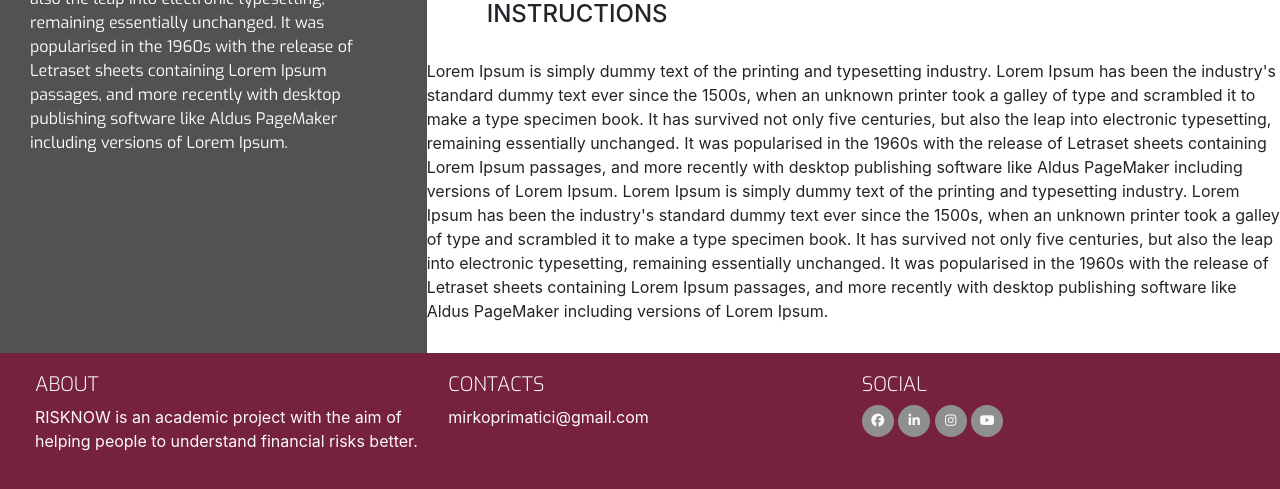
Repository: mirkoprimaticix/risknow.net
Page: eventrisk.html
The author's editor kept a record of every edit. The page is drawn from the files as they stood at one moment, then again after the next edit.
The browser window is 1280 px wide. The pictures show the part of the page from y = 723 to 1277 px (the page is 1212 px tall before and 1277 px after).
Some web libraries are served in a nearby version.

Above is the page before.
Console error: TypeError: Cannot read properties of undefined (reading 'fn')

### eventrisk.html
<!DOCTYPE html>
<html lang="en">
<head>
    <meta charset="UTF-8">
    <meta name="viewport" content="width=device-width, initial-scale=1.0">
    <meta http-equiv="X-UA-Compatible" content="ie=edge">
    <link rel="stylesheet" href="https://stackpath.bootstrapcdn.com/bootstrap/4.3.1/css/bootstrap.min.css" integrity="sha384-ggOyR0iXCbMQv3Xipma34MD+dH/1fQ784/j6cY/iJTQUOhcWr7x9JvoRxT2MZw1T" crossorigin="anonymous">
    <script src="https://stackpath.bootstrapcdn.com/bootstrap/4.3.1/js/bootstrap.min.js" integrity="sha384-JjSmVgyd0p3pXB1rRibZUAYoIIy6OrQ6VrjIEaFf/nJGzIxFDsf4x0xIM+B07jRM" crossorigin="anonymous"></script>
    <link rel="stylesheet" href="https://cdnjs.cloudflare.com/ajax/libs/hover.css/2.1.1/css/hover-min.css" type="text/css" />
    <link rel="stylesheet" href="assets/css/style.css" type="text/css" />
    <script src="https://kit.fontawesome.com/079103ba7f.js"></script>
    <link rel="stylesheet" href="https://stackpath.bootstrapcdn.com/font-awesome/4.7.0/css/font-awesome.min.css" type="text/css" />

    <title>Event Risk</title>
</head>
<body>
    <header>
        <div class = "row no-gutters">
            <a href="index.html" class = "col-md-4 logo">

            </a>
            <div class="col-md-8">
                <div class="row no-gutters">
                    <div class="col">
                        <ul id="nav" class="list-inline menucontainer">
                            <li class="col-6 col-sm-2 list-inline-item ui-menu-color-home menuitem">
                                <a href="index.html" class="hvr-sweep-to-bottom"><i class="fa fa-home" aria-hidden="true"></i><span>Home</span></a>
                            </li>
                            <li class="col-6 col-sm-2 list-inline-item ui-menu-color-fr menuitem">
                                <a href="financialrisk.html" class="hvr-sweep-to-bottom"><i class="fas fa-chart-area" aria-hidden="true"></i><span>Financial Risks</span></a>
                            </li>
                            <li class="col-6 col-sm-2 list-inline-item ui-menu-color-or menuitem">
                                <a href="operationalrisk.html" class="hvr-sweep-to-bottom"><i class="fas fa-cogs" aria-hidden="true"></i><span>Operational Risks</span></a>
                            </li>
                            <li class="col-6 col-sm-2 list-inline-item ui-menu-color-er menuitem">
                                <a href="eventrisk.html" class="hvr-sweep-to-bottom"><i class="far fa-calendar-alt" aria-hidden="true"></i><span>Event Risks</span></a>
                            </li>
                            <li class="col-6 col-sm-2 list-inline-item ui-menu-color-mr menuitem">
                                <a href="marketrisk.html" class="hvr-sweep-to-bottom"><i class="fas fa-signal" aria-hidden="true"></i><span>Market Risks</span></a>
                            </li>
                            <li class="col-6 col-sm-2 list-inline-item ui-menu-color-rt menuitem">
                                <a href="risktolerance.html" class="hvr-sweep-to-bottom"><i class="fas fa-chart-pie" aria-hidden="true"></i><span>Risk Tolerance</span></a>
                            </li>
                        </ul>
                    </div>
                </div>
            </div>
        </div>
    </header>

    <section class="container-fluid">
        <div class="row">
            <div class="col-md-4 bg-color-real-example section-column">
                <div class="row">
                    <div class="col-12">
                        <h3 class="history-heading uppercase">
                            REAL EXAMPLE
                        </h3>
                    </div>
                </div>
                <div class="history-items">
                <p class= "story-color">
                    Lorem Ipsum is simply dummy text of the printing and typesetting industry.
                    Lorem Ipsum has been the industry's standard dummy text ever since the 1500s, when an unknown
                    printer took a galley of type and scrambled it to make a type specimen book. It has survived not only five
                    centuries, but also the leap into electronic typesetting, remaining essentially unchanged. It was popularised in the
                    1960s with the release of Letraset sheets containing
                    Lorem Ipsum passages, and more recently with desktop publishing software like Aldus PageMaker including versions of Lorem Ipsum.
                    Lorem Ipsum is simply dummy text of the printing and typesetting industry.
                    Lorem Ipsum has been the industry's standard dummy text ever since the 1500s, when an unknown
                    printer took a galley of type and scrambled it to make a type specimen book. It has survived not only five
                    centuries, but also the leap into electronic typesetting, remaining essentially unchanged. It was popularised in the
                    1960s with the release of Letraset sheets containing
                    Lorem Ipsum passages, and more recently with desktop publishing software like Aldus PageMaker including versions of Lorem Ipsum.
                </p>
                </div>
            </div>
            <div class="col-md-8 bg-color-three-reasons section-column">
                <div class="row">
                    <div class="col">
                        <h3 class="section-heading uppercase">Watch the video below to know more about Event Risk</h3>
                    </div>
                </div>
                <div class="row">
                    <div class="col">
                        <div class="videoWrapper">
                            <iframe width="560" height="349" src="https://www.youtube.com/embed/ehS-k9Ng7Ww" frameborder="0" allowfullscreen></iframe>
                        </div>
                    </div>
                </div>
                <div class="row lecture-color-margin">
                    <div class="col">
                        <h4 class="section-column uppercase">Instructions</h3>
                    </div>

                    <div class="row">
                        Lorem Ipsum is simply dummy text of the printing and typesetting industry.
                        Lorem Ipsum has been the industry's standard dummy text ever since the 1500s, when an unknown
                        printer took a galley of type and scrambled it to make a type specimen book. It has survived not only five
                        centuries, but also the leap into electronic typesetting, remaining essentially unchanged. It was popularised in the
                        1960s with the release of Letraset sheets containing
                        Lorem Ipsum passages, and more recently with desktop publishing software like Aldus PageMaker including versions of Lorem Ipsum.
                        Lorem Ipsum is simply dummy text of the printing and typesetting industry.
                        Lorem Ipsum has been the industry's standard dummy text ever since the 1500s, when an unknown
                        printer took a galley of type and scrambled it to make a type specimen book. It has survived not only five
                        centuries, but also the leap into electronic typesetting, remaining essentially unchanged. It was popularised in the
                        1960s with the release of Letraset sheets containing
                        Lorem Ipsum passages, and more recently with desktop publishing software like Aldus PageMaker including versions of Lorem Ipsum.
                    </div>
                </div>
            </div>
        </div>

    </section>



    <footer class="container-fluid">
        <div id="footer-details" class="row">
            <div class="col-sm-4">
                <h5 class="uppercase general-sub">About</h5>
                <p class="inline-block">
                    RISKNOW is an academic project with the aim of helping people to understand financial risks better.
                </p>
            </div>
            <div class="col-sm-4">
                <h5 class="uppercase general-sub">Contacts</h5>
                <p class="inline-block">
                    mirkoprimatici@gmail.com
                </p>
            </div>
            <div class="col-sm-4">
                <h5 class="uppercase general-sub">Social</h5>
                <ul class="list-inline social-links">
                    <li class="list-inline-item">
                        <a target="_blank" href="https://www.facebook.com/mirkoprimaticiofficial/">
                            <i class="fab fa-facebook" aria-hidden="true"></i>
                            <span class="sr-only">Facebook</span>
                        </a>
                    </li>
                    <li class="list-inline-item">
                        <a target="_blank" href="https://www.linkedin.com/in/mirko-primatici-a9196514a">
                            <i class="fab fa-linkedin" aria-hidden="true"></i>
                            <span class="sr-only">LinkedIn</span>
                        </a>
                    </li>
                    <li class="list-inline-item">
                        <a target="_blank" href="https://www.instagram.com/mirko_rko">
                            <i class="fab fa-instagram" aria-hidden="true"></i>
                            <span class="sr-only">Instagram</span>
                        </a>
                    </li>
                    <li class="list-inline-item">
                        <a target="_blank" href="https://www.youtube.com/channel/UC_WM-2rRN2VFD-oBAOGrd_Q?view_as=subscriber">
                            <i class="fab fa-youtube" aria-hidden="true"></i>
                            <span class="sr-only">YouTube</span>
                        </a>
                    </li>
                </ul>
            </div>
        </div>
    </footer>
</body>
</html>

### assets/css/style.css
@import url('https://fonts.googleapis.com/css?family=Roboto:100,200,300,400,500,600,700|Exo:100,200,300,400,500,600,700');

/*--------------------------------------------Colors*/

.bg-color-name-title {
    background-color: #676767;
}

.bg-color-three-reasons {
    background-color: #fff;
}

.bg-color-personal-info {
    background-color: #f4f4f4;
}

.bg-color-real-example {
    background-color: #525252;
}

.bg-color-contact {
    background-color: #fff;
}

.ui-menu-color-home {
    background-color: #e67e22;
}

.ui-menu-color-fr {
    background-color: #9b59b6;
}

.ui-menu-color-or {
    background-color: #3498db;
}

.ui-menu-color-er {
    background-color: #56C780;
}

.ui-menu-color-mr {
    background-color: #EBE66B;
}

.ui-menu-color-rt {
    background-color: #525252;
}

.row-table {
    display: table;
}

.section-column {
    display: table-cell;
    padding: 0 30px 30px;
    float: none;
}

.section-heading {
    font-family: "Exo", sans-serif;
    font-weight: 300;
    margin-top: 25px;
    margin-bottom: 40px;

}

.story-color{
    font-family: "Exo";
    font-weight: 400;
    margin-top: 25px;
    margin-bottom: 40px;
    color: #fefefe;
}

.lecture-color{
    font-family: "Exo";
    font-weight: 400;
    margin-top: 25px;
    margin-bottom: 40px;
    color: black;
}

/* ----------------------------------------Special paddings/margins/text */

h1,
h2,
h3,
h4 {
    margin: 0;
}

.uppercase {
    text-transform: uppercase;
}

.general-sub {
    font-family: "Exo", sans-serif;
    font-weight: 300;
    color: #fafafa;
}

.inline-block {
    display: inline-block;
}

.row-table {
    display: table;
}

.section-column {
    display: table-cell;
    padding: 0 30px 30px;
    float: none;
}

.history-heading,
.section-heading {
    font-family: "Exo", sans-serif;
    font-weight: 300;
    margin-top: 25px;
    margin-bottom: 40px;
}

/*--------------------------------------------Heading*/

header {
    margin: 0;
}

.heading {
    margin-left: 50px;
}


.logo {
    background: url("../images/logo.png");
    background-position: center;
    background-repeat: no-repeat;
    background-size: cover;
    min-height: 120px;
    transition: all .5s ease-in-out;
    -moz-transition: all .5s ease-in-out;
    -webkit-transition: all .5s ease-in-out;
}

.name {
    font-family: "Exo", sans-serif;
    font-weight: 100;
    font-size: 46px;
    margin-top: 50px;
    color: #fff;
}

.title {
    font-family: "Roboto", sans-serif;
    font-weight: 200;
    font-size: 28px;
    margin-top: 20px;
    margin-bottom: 90px;
    color: #fff;
}

.list-inline-item:not(:last-child) {
    margin: 0;
}

.menucontainer {
    font-size: 0;
}

#nav li {
    font-size: 14px;
    padding: 0;
}

#nav {
    margin: 0;
}

.menuitem {
    height: 120px;
    text-align: center;
    padding: 0;
}

.menuitem a {
    width: 100%;
    text-decoration: none;
    color: #fff;
    height: 120px;
}

.menuitem a i {
    padding-top: 22px;
    display: block;
    color: #fafafa;
    font-size: 26px;
}

.menuitem span {
    display: block;
    width: 100%;
    padding-top: 5px;
    text-align: center;
    text-transform: uppercase;
    font-size: 14px;
    font-weight: 300;
    letter-spacing: 2px;
}

/*--------------------------------------------Hover.css*/

.hvr-sweep-to-bottom:before {
    background: rgba(0, 0, 0, 0.2);
    height: 120px;
}

/* ----------------------------------------Footer */

footer {
    background-color: #77223C;
    color: #fafafa;
    min-height: 120px;
    margin: 0;
}

.social-links {
    padding-bottom: 15px;
}

.social-links li a i {
    width: 32px;
    height: 32px;
    padding: 12px 0;
    border-radius: 50%;
    font-size: 13px;
    line-height: 7px;
    text-align: center;
    color: #fafafa;
    background: #8f8f8f;
    transition: all 0.35s ease-in-out;
    -moz-transition: all 0.35s ease-in-out;
    -webkit-transition: all 0.35s ease-in-out;
    -o-transition: all 0.35s ease-in-out;
}

.social-links li a i:hover {
    background: #A4FFFA;
}

#footer-details {
    padding: 20px;
}

/* ----------------------------------------Three Reasons */

.three-reasons-icon {
    font-size: 26px;
    color: #e67e22;
}

.three-reasons-heading {
    margin-bottom: 15px;
}

/* ----------------------------------------Personal Info */

.personal-info-item {
    margin-bottom: 20px;
    display: block;
    clear: both;
}

.personal-info-item .key,
.personal-info-item .value {
    padding-right: 8px;
    display: inline-block;
}

.personal-info-item .key p,
.personal-info-item .value p {
    margin: 0;
}

.personal-info-item .key {
    width: 30%;
    margin-right: 21px;
    padding-top: 2px;
    vertical-align: top;
}

.personal-info-item .key p {
    font-weight: 700;
}

.personal-info-item .value {
    position: relative;
    width: 60%;
}

/* ----------------------------------------Skills */

.progress {
    position: relative;
    height: 25px;
    margin-bottom: 4px;
}

.progress-type {
    position: absolute;
    left: 0px;
    font-weight: 400;
    padding: 3px 30px 2px 10px;
    color: #fafafa;
    background-color: rgba(25, 25, 25, 0.2);
}

.progress-section {
    margin: 40px 20px;
}

/* ----------------------------------------Work History */

.history-heading {
    color: #fafafa;
    margin-bottom: 50px;
}

.timeline-item {
    padding: 4em 2em 0em 2em;
    position: relative;
    color: #fafafa;
    border-left: 1px solid;
}

.timeline-item p {
    padding: 0;
    margin: 0;
}

.timeline-item:before {
    content: attr(data-dates);
    position: absolute;
    left: 2.5em;
    top: 3em;
    display: block;
    font-family: "Exo", sans-serif;
    font-weight: 500;
    font-size: 0.8em;
    padding: 0;
    margin: 0;
}

.timeline-item:after {
    width: 12px;
    height: 12px;
    display: block;
    top: 2.4em;
    position: absolute;
    left: -6px;
    border-radius: 12px;
    content: '';
    background: #fafafa;
}

.history-items {
    margin-bottom: 30px;
}

/* ----------------------------------------Contact Form */

.contact-heading {
    font-family: "Exo", sans-serif;
    font-weight: 300;
    margin-top: 25px;
    margin-bottom: 20px;
}

.center-form {
    padding-top: 10px;
    margin: 0 auto;
    max-width: 70%;
}

button[type="submit"] {
    margin-top: 15px;
    margin-bottom: 20px;
    color: #fafafa;
    background-color: #e84610;
}

/* ----------------------------------------Media Queries */

@media(min-width: 992px) {
    .center-form {
        padding-top: 30px;
        min-height: 240px;
        margin: 0 auto;
        max-width: 50%;
    }
}

/* ----------------------------------------Youtube iFrame */

.videoWrapper {
	position: relative;
	padding-bottom: 56.25%; /* 16:9 */
	padding-top: 25px;
	height: 0;
}
.videoWrapper iframe {
	position: absolute;
	top: 0;
	left: 0;
	width: 100%;
	height: 100%;
}

After the next edit:
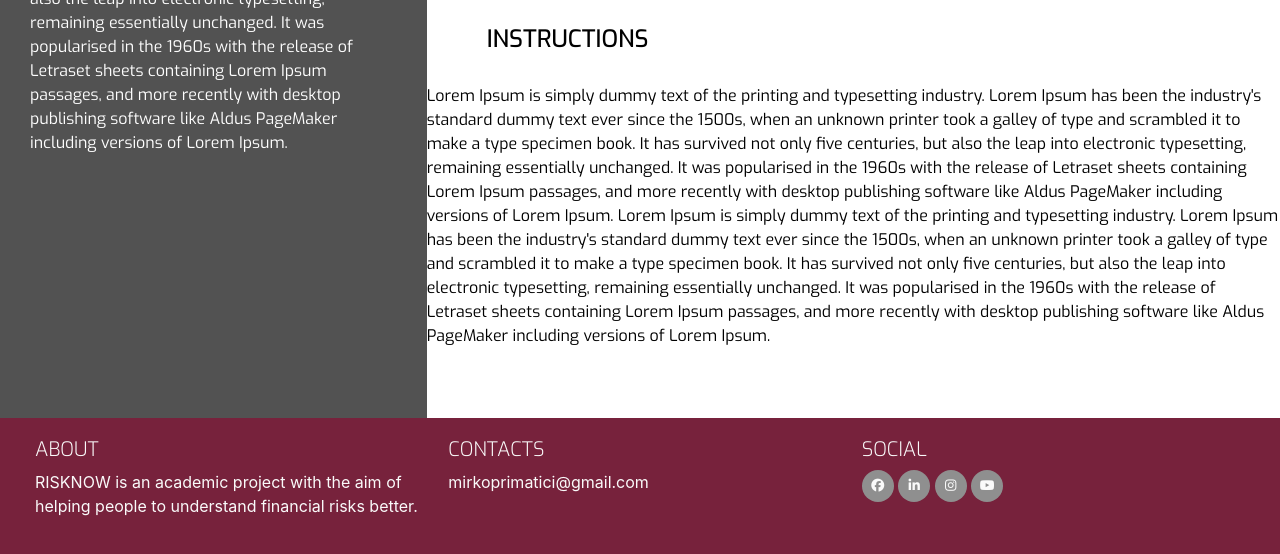
The edit:
--- a/assets/css/style.css
+++ b/assets/css/style.css
@@ -72,7 +72,7 @@
     color: #fefefe;
 }
 
-.lecture-color{
+.lecture-color-margin{
     font-family: "Exo";
     font-weight: 400;
     margin-top: 25px;
